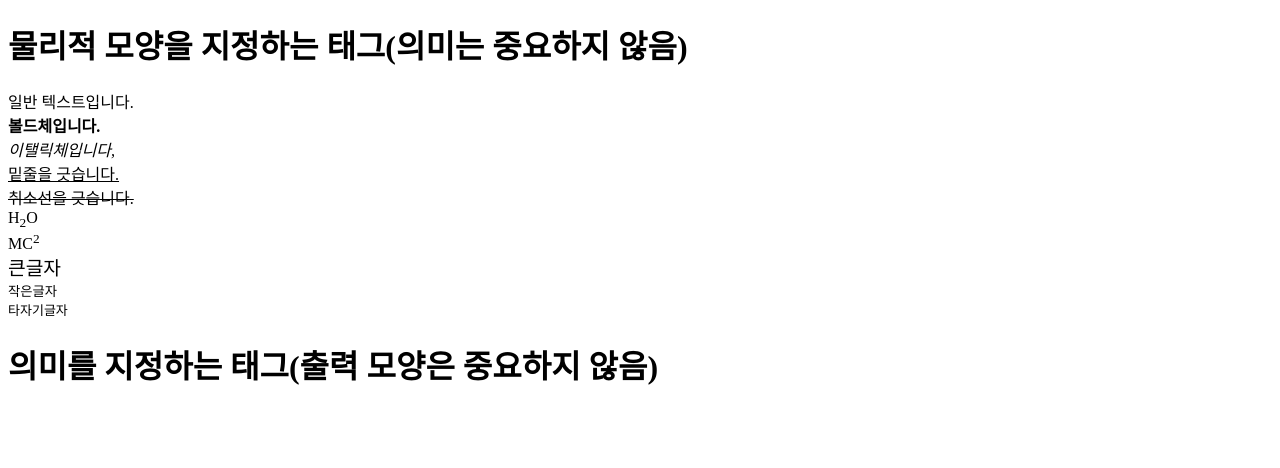
Repository: ssj5037/Class-Study
Page: [5] HTML, CSS, JavaScript/ClientTest/WebContent/Ex09_style.html
These files come from the project's save history. The page is drawn as it stood at one moment and after the next save; the edit follows.
The browser window is 1280 px wide. The pictures show the whole page.

Above is the page before, as saved 2020-06-19 00:46:06.

After the next save:
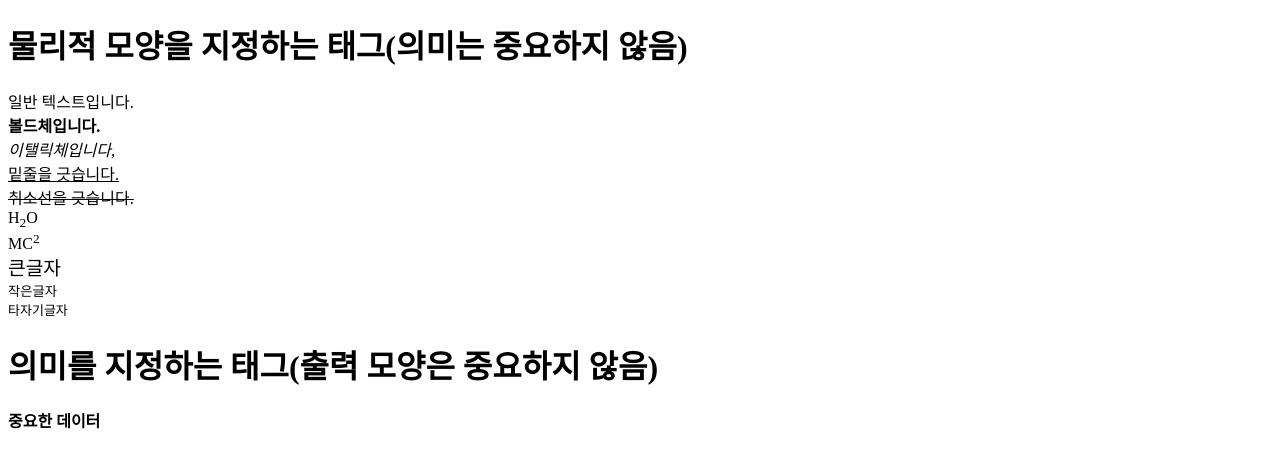
Saved 60 s later.
--- a/[5] HTML, CSS, JavaScript/ClientTest/WebContent/Ex09_style.html
+++ b/[5] HTML, CSS, JavaScript/ClientTest/WebContent/Ex09_style.html
@@ -20,7 +20,11 @@
 	<small>작은글자</small><br>
 	<tt>타자기글자</tt>
 
+	<!-- CSS로 기능이 넘겨진 것들이어서 쓰지말라고 노란밑줄로 경고 -->
+
+
 	<h1>의미를 지정하는 태그(출력 모양은 중요하지 않음)</h1>
+	<strong>중요한 데이터</strong>
 
 </body>
 </html>
